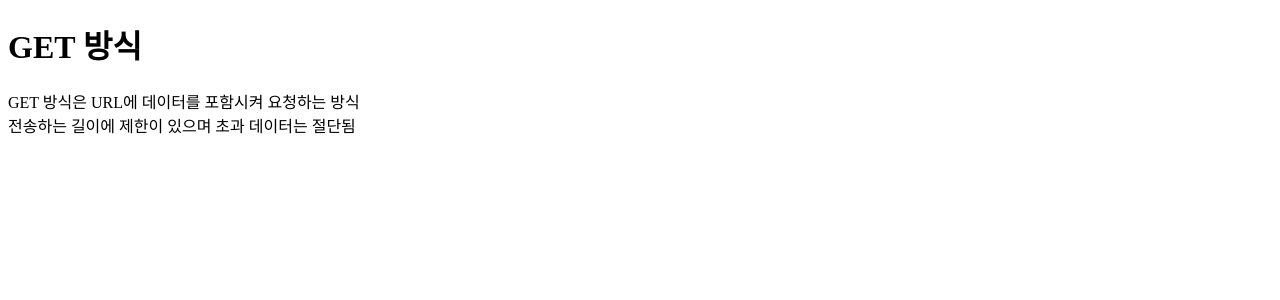
Repository: chuhj1226/servlet
Page: workspace/1_Servlet/WebContent/views/testServlet1.html
The author's editor kept a copy of each file at every save. The page is drawn from the files as they stood at one save, then again after the next save.
The browser window is 1280 px wide. The pictures show the whole page.

Above is the page before, as saved 2021-10-04 09:18:33.

### workspace/1_Servlet/WebContent/views/testServlet1.html
<!DOCTYPE html>
<html>
<head>
<meta charset="UTF-8">
<title>GET 방식 요청</title>
</head>
<body>
	<h1>GET 방식</h1>
	<p>
		GET 방식은 URL에 데이터를 포함시켜 요청하는 방식<br>
		전송하는 길이에 제한이 있으며 초과 데이터는 절단됨
	</p>

</body>
</html>

After the next save:
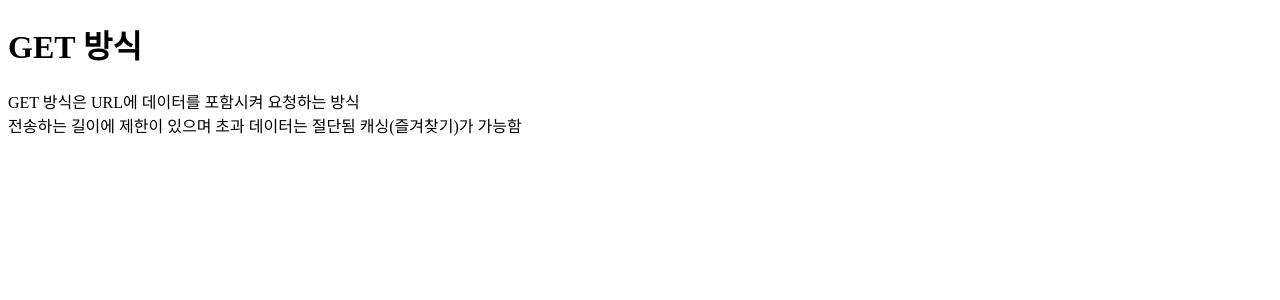
Saved 31 s later.
--- a/workspace/1_Servlet/WebContent/views/testServlet1.html
+++ b/workspace/1_Servlet/WebContent/views/testServlet1.html
@@ -9,6 +9,7 @@
 	<p>
 		GET 방식은 URL에 데이터를 포함시켜 요청하는 방식<br>
 		전송하는 길이에 제한이 있으며 초과 데이터는 절단됨
+		캐싱(즐겨찾기)가 가능함<br>
 	</p>
 
 </body>
